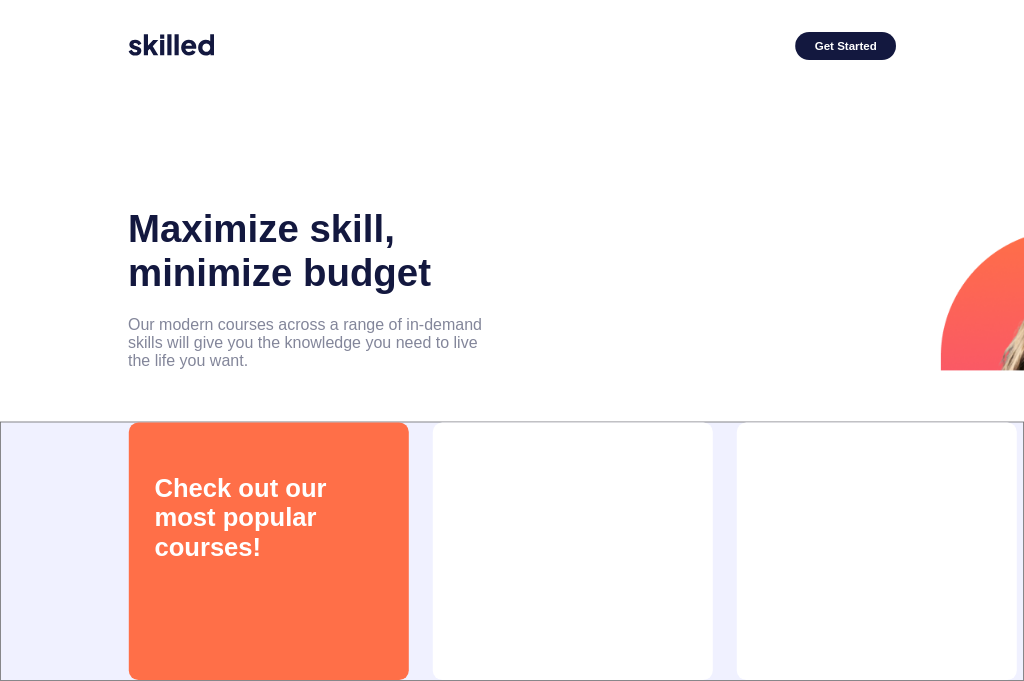
Repository: exe-walt/E-Learning-Landing-Page
Page: index.html
The author's editor kept a copy of each file at every save. The page is drawn from the files as they stood at one save, then again after the next save.
The browser window is 1280 px wide. The pictures show the whole page, at 80% of full size.
Some web fonts or font styles are not loaded; a fallback is used.

Above is the page before, as saved 2025-05-28 14:22:27.

After the next save:
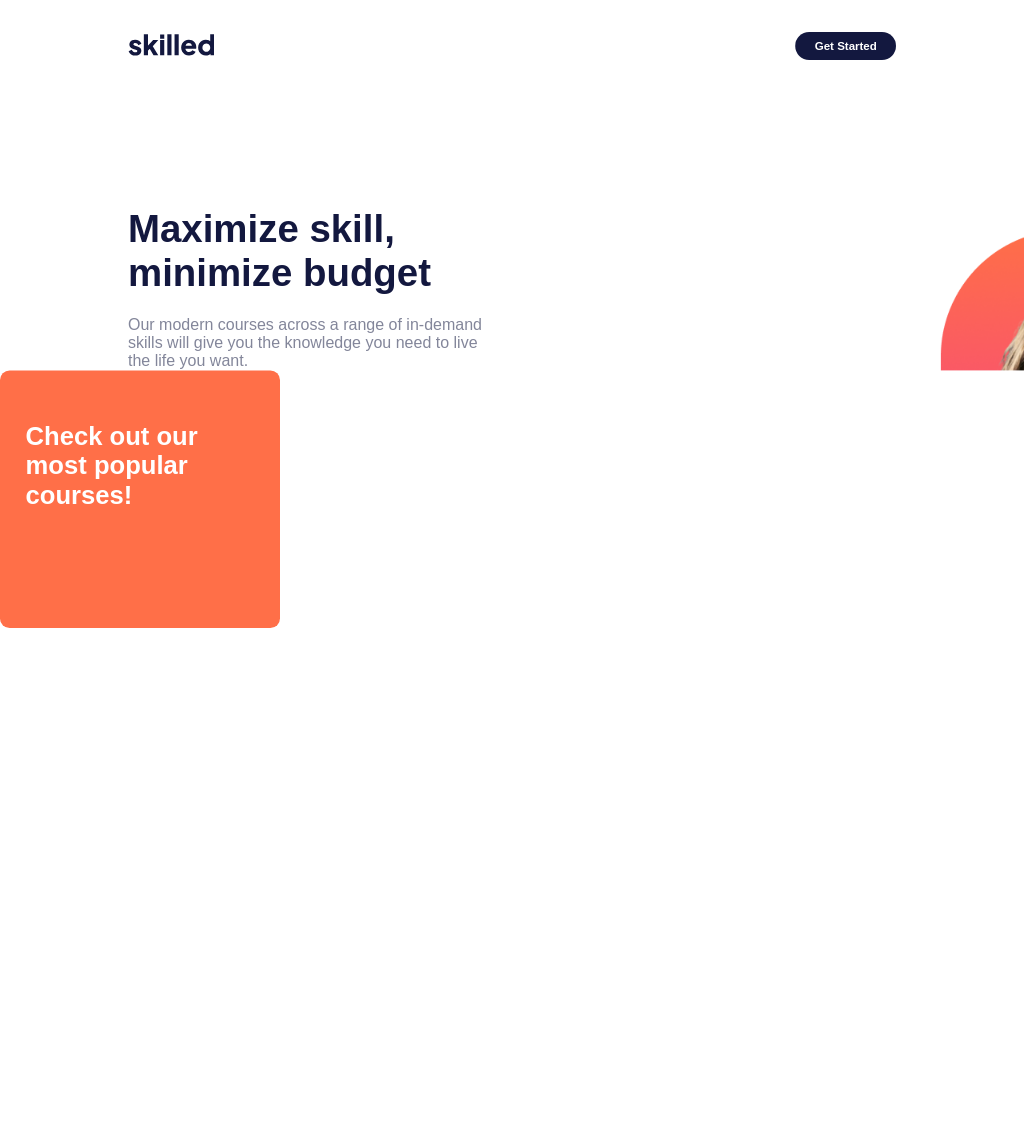
Saved 7 s later.
--- a/index.html
+++ b/index.html
@@ -34,7 +34,7 @@
     </div>
 
     <!--Popular Courses Cards-->
-    <div class="courses-container"> <!--Courses-Container-->
+    <div class="cc"> <!--Courses-Container-->
       <div class="main-left">
         <p>Check out our <br>most popular <br>courses! </p>
       </div>

After the save that followed:
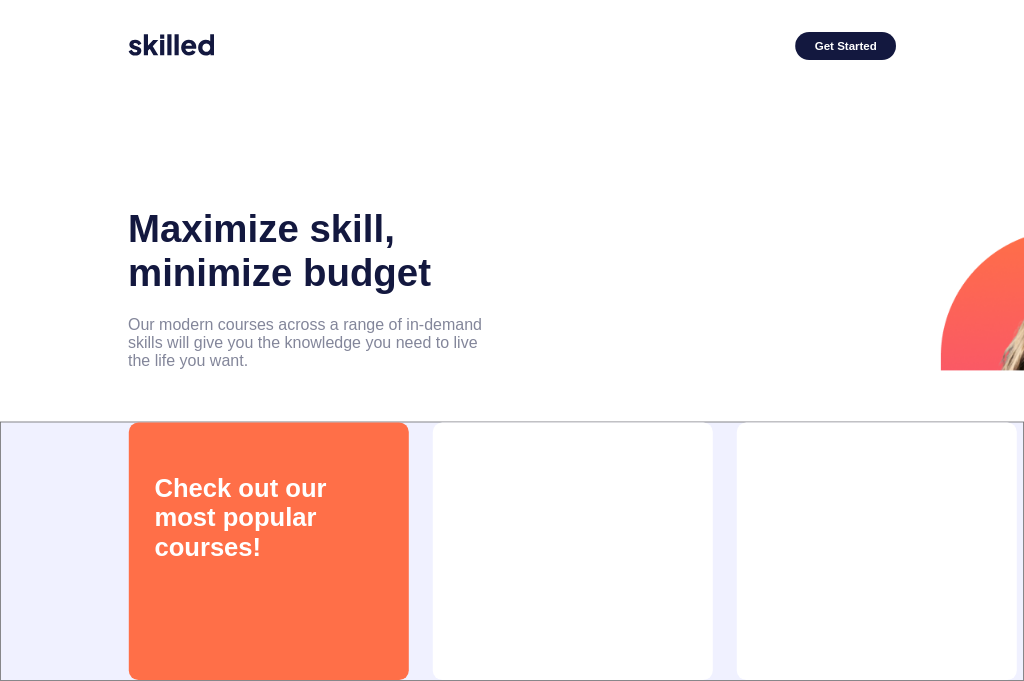
Saved 9 s later.
--- a/css/style.css
+++ b/css/style.css
@@ -84,7 +84,7 @@ body {
   padding-top: 1.25em;
 }
 
-.courses-container{
+.cc{
   display: flex;
   gap: 30px;
   max-width: 100%;
